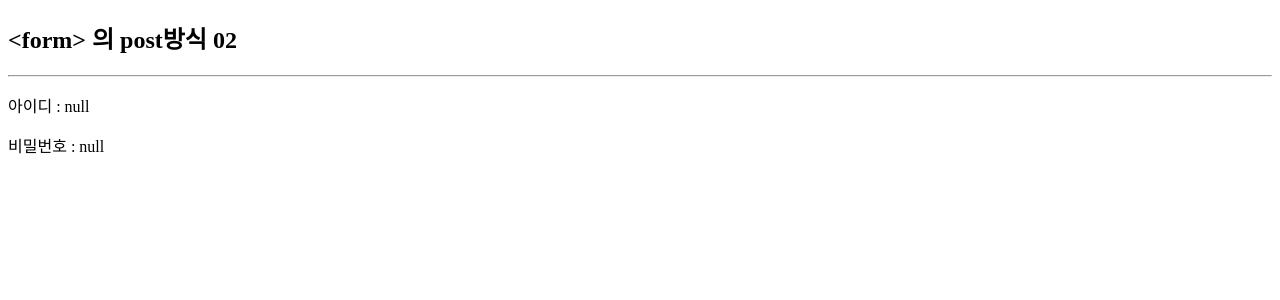
Repository: hyunh84/jsp_study
Page: http://localhost/Day02/j07_table01.jsp
The author's editor kept a copy of each file at every save. The page is drawn from the files as they stood at one save, then again after the next save.
The browser window is 1280 px wide. The pictures show the whole page.
The page is served by Tomcat 9.

Above is the page before, as saved 2015-09-06 03:18:53.

After the next save:
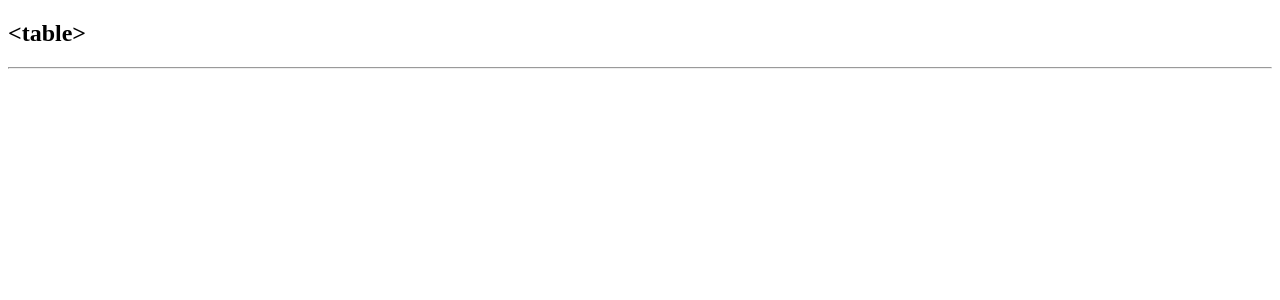
Saved 37 s later.
--- a/MyWorks/Day02/WebContent/j07_table01.jsp
+++ b/MyWorks/Day02/WebContent/j07_table01.jsp
@@ -8,9 +8,7 @@
 </head>
 <body>
 
-
-
-	<h2>&lt;form&gt; 의 post방식 02</h2>
+	<h2>&lt;table&gt;</h2>
 	<hr>
 
 	<%--
@@ -20,21 +18,10 @@
 
 	<%
 
-		request.setCharacterEncoding("utf-8");
-
-		String id = request.getParameter("id");
-		String pw = request.getParameter("pw");
 
 	%>
 
 
-		<p>
-			아이디 : <%= id %>
-		</p>
-		<p>
-			비밀번호 : <%= pw %>
-		</p>
-
 
 </body>
 </html>
